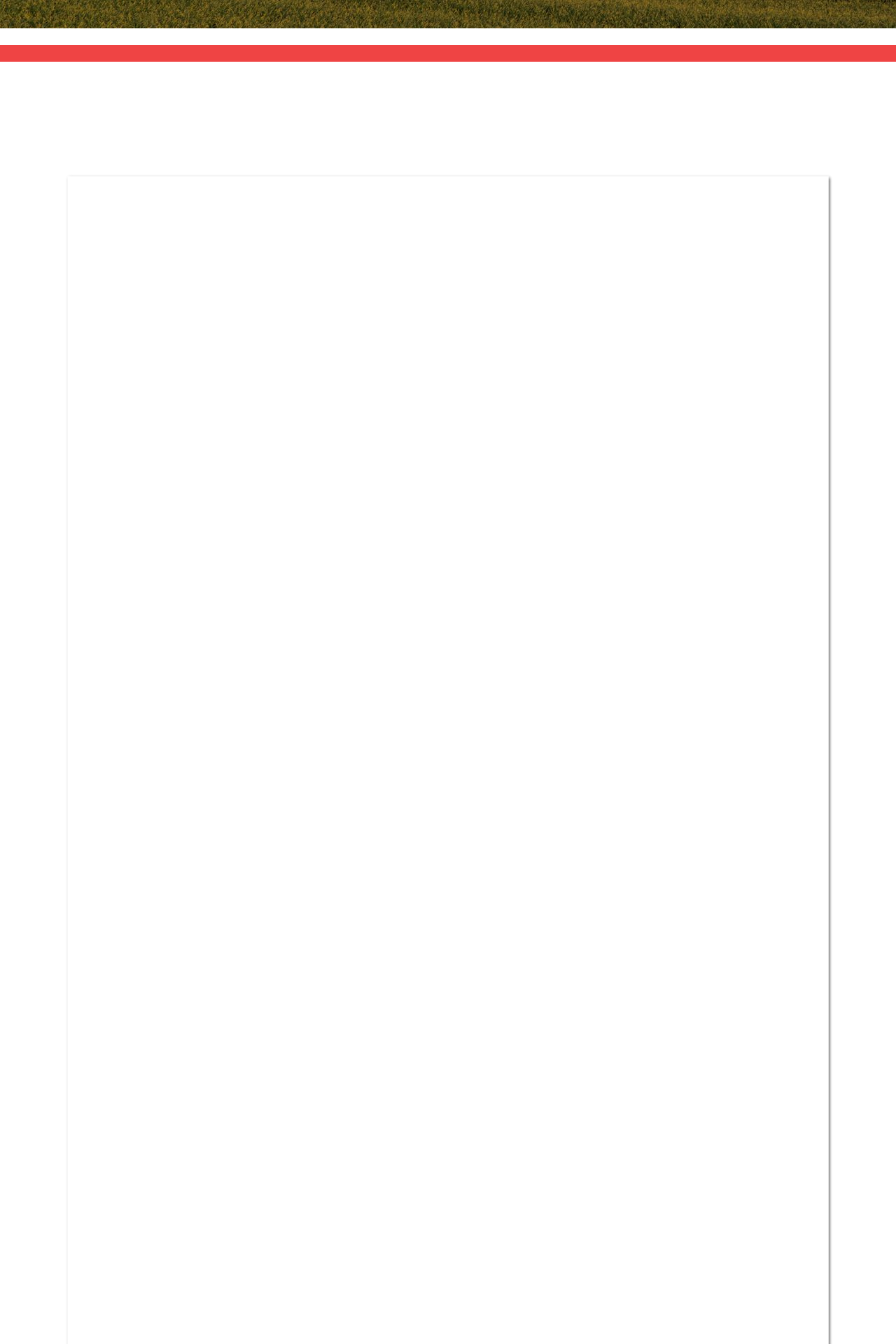
Repository: wesiudev/ZZRPWiS
Page: /
These files come from the project's save history. The page is drawn as it stood at one moment and after the next save; the edit follows.
The browser window is 1280 px wide. The pictures show the part of the page from y = 466 to 2386 px (the page is 2714 px tall), at 70% of full size.
The project was rebuilt for these pictures with package versions that can differ from the ones it lists, and the page was loaded fresh each time. The framework's server and built-in components were replaced by stand-ins that run in the browser. Also part of the build but not shown: next.config.mjs.

Above is the page before, as saved 2024-08-02 21:59:25.

After the next save:
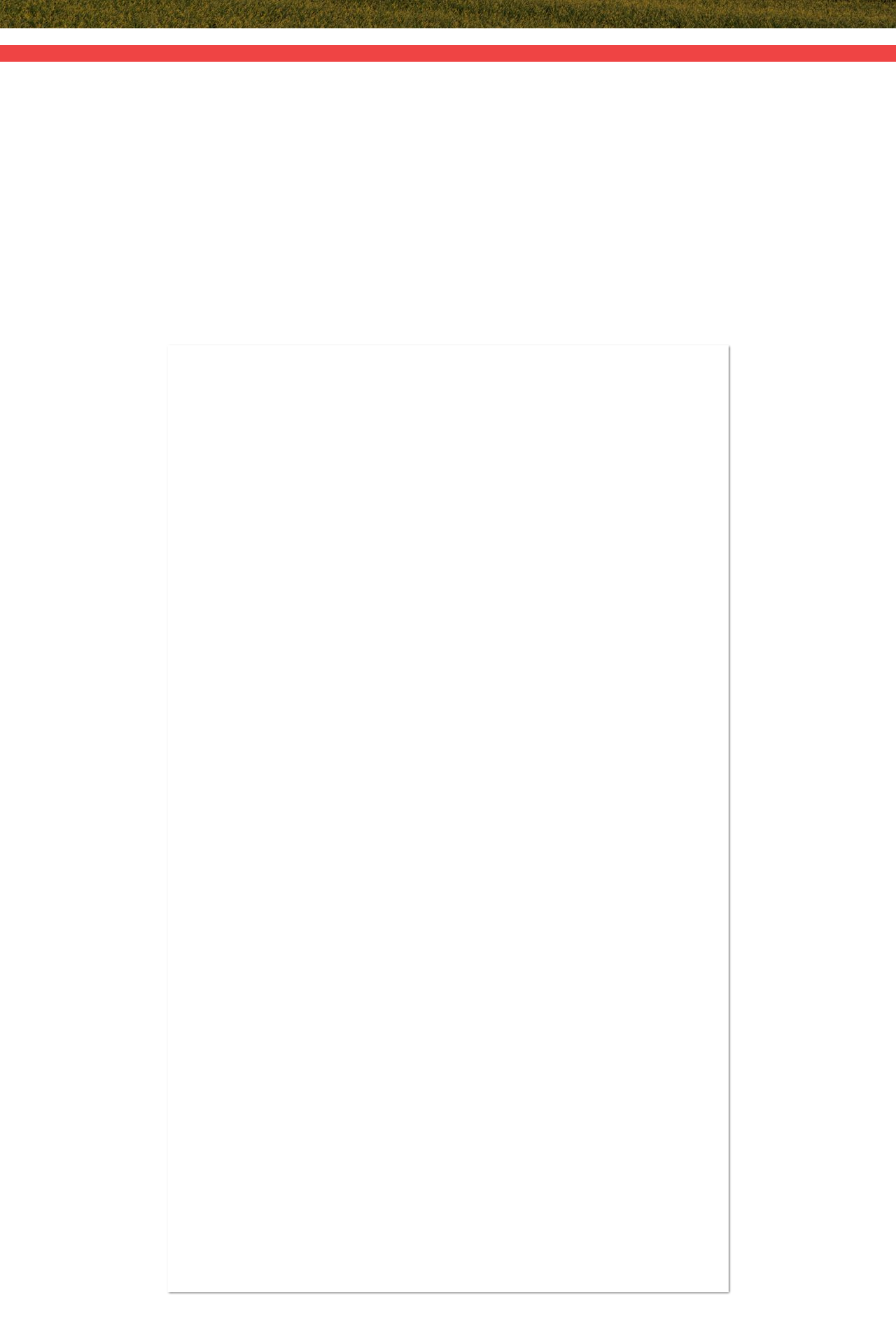
Saved 5 s later.
--- a/src/components/Hero.tsx
+++ b/src/components/Hero.tsx
@@ -35,11 +35,8 @@
   );
   return (
     <>
-      <main
-        ref={mainWrapper}
-        className="h-full flex min-h-[50vh] flex-col items-center justify-between p-4 md:p-8 lg:p-12 xl:p-16 2xl:p-24 bg-heroBG bg-center relative"
-      >
-        <div className="absolute -bottom-[50vh] left-0"></div>
+      <main className="h-full flex min-h-[50vh] flex-col items-center justify-between p-4 md:p-8 lg:p-12 xl:p-16 2xl:p-24 bg-heroBG bg-center relative">
+        <div ref={mainWrapper} className="absolute -bottom-[50vh] left-0"></div>
         <Image
           src="/assets/logo.jpg"
           width={256}
